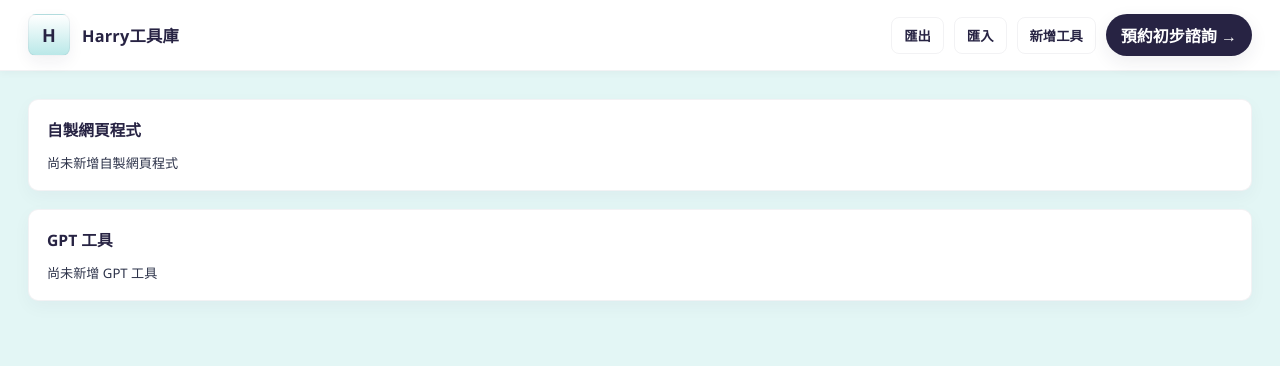
Repository: Harry985991/bmcvibecoding
Page: personal_tool_portal.html
The author's editor kept a copy of each file at every save. The page is drawn from the files as they stood at one save, then again after the next save.
The browser window is 1280 px wide. The pictures show the whole page.

Above is the page before, as saved 2025-08-22 22:43:42.

After the next save:
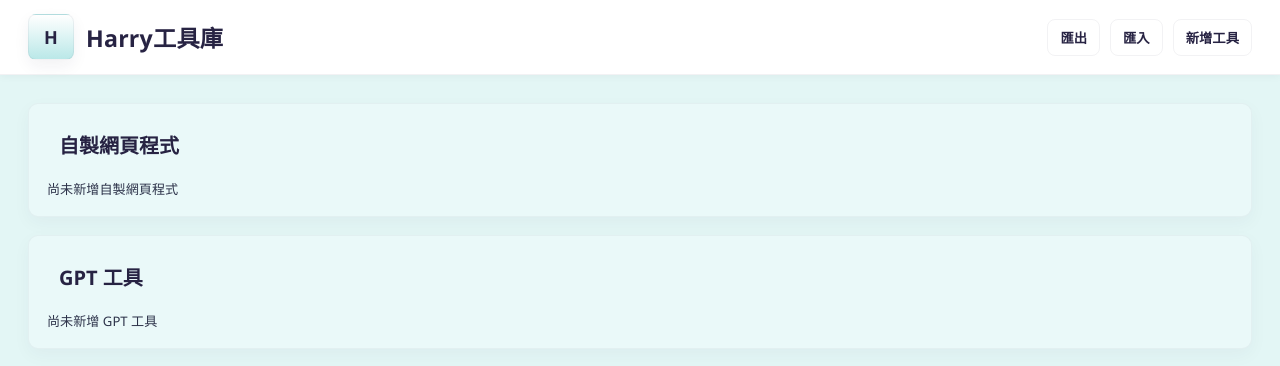
Saved 6 min 25 s later.
--- a/personal_tool_portal.html
+++ b/personal_tool_portal.html
@@ -14,6 +14,7 @@
   --title-blue: #dceeff;   /* light-blue for title badge */
   --card-bg: #ffffff;
   --card-border: rgba(39,35,67,0.06);
+  --section-bg: #eaf9f9;   /* 淡藍色區塊背景 */
 }
 
 /* base */
@@ -49,8 +50,8 @@
   align-items:center;
 }
 .header-logo {
-  width:40px;
-  height:40px;
+  width:44px;
+  height:44px;
   border-radius:8px;
   background: linear-gradient(180deg, #ffffff 0%, var(--teal) 100%);
   display:inline-flex;
@@ -63,9 +64,9 @@
   box-shadow:0 6px 16px rgba(39,35,67,0.06);
 }
 .header-title {
-  font-size:1.02rem;
+  font-size:1.45rem;      /* 網頁標題字型放大 */
   color:var(--primary);
-  font-weight:700;
+  font-weight:800;
   letter-spacing:0.2px;
 }
 
@@ -83,14 +84,6 @@
   text-decoration:none;
   cursor:pointer;
 }
-.header-actions .primary-cta {
-  background: var(--primary);
-  color: #fff;
-  padding: 8px 14px;
-  border-radius: 999px;
-  font-weight:700;
-  box-shadow: 0 6px 18px rgba(39,35,67,0.08);
-}
 .header-actions button:hover, .header-actions a:hover { opacity:0.95; transform:translateY(-1px); }
 
 /* layout */
@@ -101,18 +94,23 @@
   gap: 18px;
 }
 
-/* section container */
+/* section container - 改為淡藍色背景 */
 .section {
-  background: var(--card-bg);
+  background: var(--section-bg);
   padding: 18px;
   border-radius: 10px;
   box-shadow: 0 6px 18px rgba(39,35,67,0.04);
-  border: 1px solid var(--card-border);
+  border: 1px solid rgba(39,35,67,0.04);
 }
 .section h2 {
   margin: 0 0 12px 0;
-  font-size: 0.98rem;
+  font-size: 1.25rem;   /* 加大自製網頁程式 / GPT 工具 標題字體 */
   color: var(--primary);
+  font-weight:700;
+  padding: 8px 12px;
+  display: inline-block;
+  background: rgba(255,255,255,0.0); /* keep title area clean */
+  border-radius: 8px;
 }
 
 /* grid & cards */
@@ -213,6 +211,8 @@
   .modal-content { width: 92%; }
   main { padding: 18px; }
   header { padding: 12px 16px; }
+  .header-title { font-size:1.15rem; }
+  .section h2 { font-size:1.05rem; }
 }
   </style>
 </head>
@@ -227,7 +227,7 @@
       <button id="exportBtn" title="匯出資料">匯出</button>
       <button id="importBtn" title="匯入資料">匯入</button>
       <button id="addBtn" title="新增工具">新增工具</button>
-      <a class="primary-cta" href="#" title="預約">預約初步諮詢 →</a>
+      <!-- 已移除右上角預約初步諮詢按鈕 -->
     </div>
   </header>
 

After the save that followed:
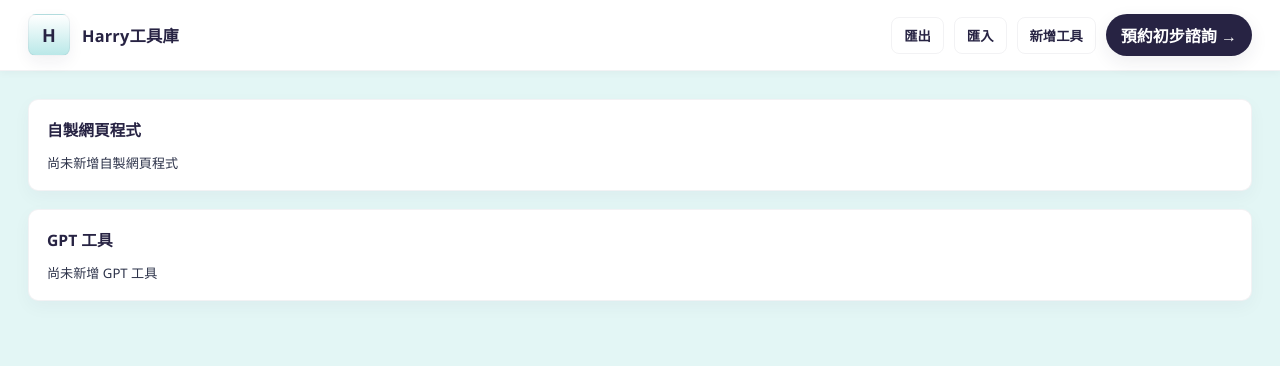
Saved 19 s later.
--- a/personal_tool_portal.html
+++ b/personal_tool_portal.html
@@ -14,7 +14,6 @@
   --title-blue: #dceeff;   /* light-blue for title badge */
   --card-bg: #ffffff;
   --card-border: rgba(39,35,67,0.06);
-  --section-bg: #eaf9f9;   /* 淡藍色區塊背景 */
 }
 
 /* base */
@@ -50,8 +49,8 @@
   align-items:center;
 }
 .header-logo {
-  width:44px;
-  height:44px;
+  width:40px;
+  height:40px;
   border-radius:8px;
   background: linear-gradient(180deg, #ffffff 0%, var(--teal) 100%);
   display:inline-flex;
@@ -64,9 +63,9 @@
   box-shadow:0 6px 16px rgba(39,35,67,0.06);
 }
 .header-title {
-  font-size:1.45rem;      /* 網頁標題字型放大 */
+  font-size:1.02rem;
   color:var(--primary);
-  font-weight:800;
+  font-weight:700;
   letter-spacing:0.2px;
 }
 
@@ -84,6 +83,14 @@
   text-decoration:none;
   cursor:pointer;
 }
+.header-actions .primary-cta {
+  background: var(--primary);
+  color: #fff;
+  padding: 8px 14px;
+  border-radius: 999px;
+  font-weight:700;
+  box-shadow: 0 6px 18px rgba(39,35,67,0.08);
+}
 .header-actions button:hover, .header-actions a:hover { opacity:0.95; transform:translateY(-1px); }
 
 /* layout */
@@ -94,23 +101,18 @@
   gap: 18px;
 }
 
-/* section container - 改為淡藍色背景 */
+/* section container */
 .section {
-  background: var(--section-bg);
+  background: var(--card-bg);
   padding: 18px;
   border-radius: 10px;
   box-shadow: 0 6px 18px rgba(39,35,67,0.04);
-  border: 1px solid rgba(39,35,67,0.04);
+  border: 1px solid var(--card-border);
 }
 .section h2 {
   margin: 0 0 12px 0;
-  font-size: 1.25rem;   /* 加大自製網頁程式 / GPT 工具 標題字體 */
+  font-size: 0.98rem;
   color: var(--primary);
-  font-weight:700;
-  padding: 8px 12px;
-  display: inline-block;
-  background: rgba(255,255,255,0.0); /* keep title area clean */
-  border-radius: 8px;
 }
 
 /* grid & cards */
@@ -211,8 +213,6 @@
   .modal-content { width: 92%; }
   main { padding: 18px; }
   header { padding: 12px 16px; }
-  .header-title { font-size:1.15rem; }
-  .section h2 { font-size:1.05rem; }
 }
   </style>
 </head>
@@ -227,7 +227,7 @@
       <button id="exportBtn" title="匯出資料">匯出</button>
       <button id="importBtn" title="匯入資料">匯入</button>
       <button id="addBtn" title="新增工具">新增工具</button>
-      <!-- 已移除右上角預約初步諮詢按鈕 -->
+      <a class="primary-cta" href="#" title="預約">預約初步諮詢 →</a>
     </div>
   </header>
 
